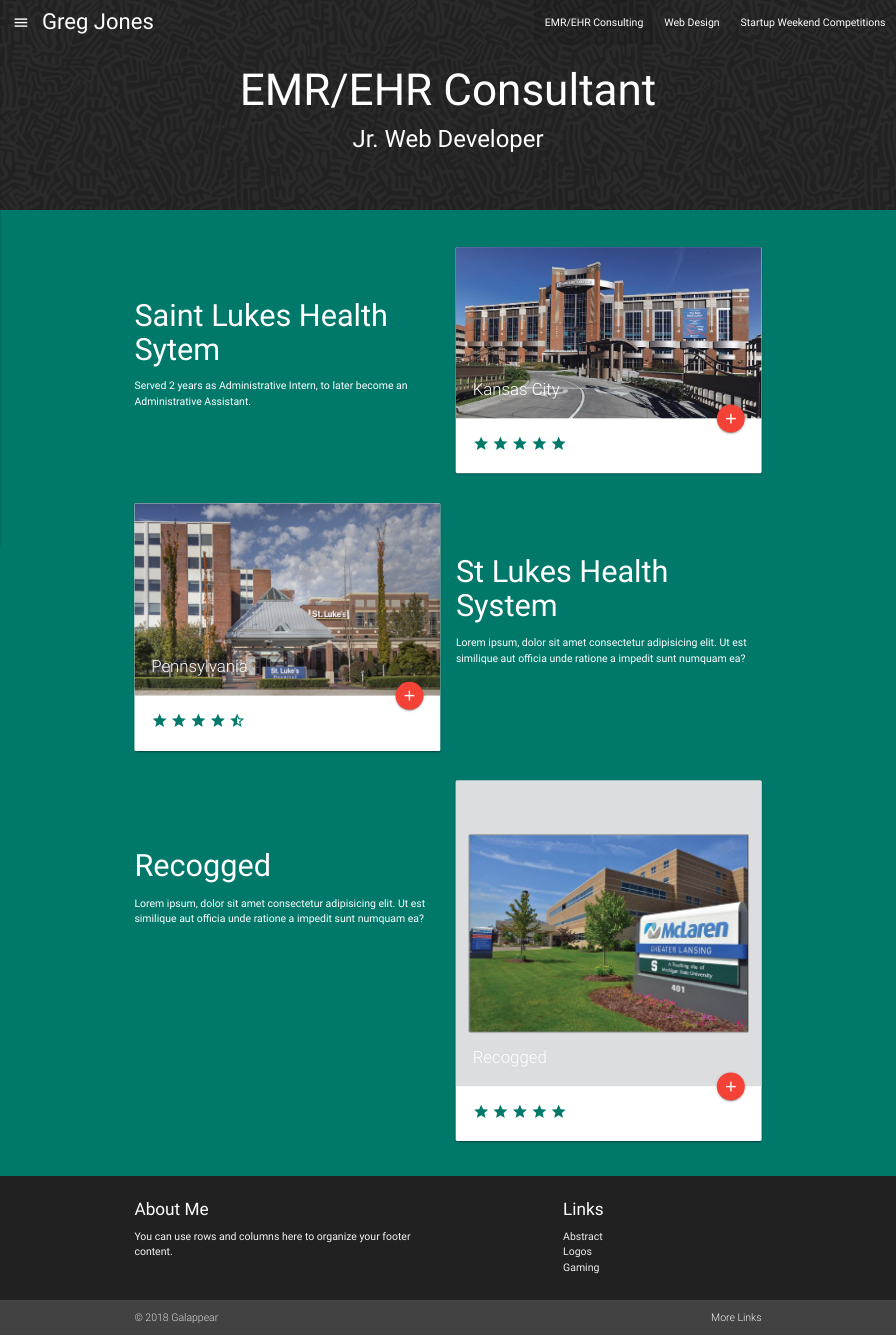
Repository: Greg919617/Existing-Portfolio
Page: index.html
These files come from the project's save history. The page is drawn as it stood at one moment and after the next save; the edit follows.
The browser window is 1280 px wide. The pictures show the whole page, at 70% of full size.
Some web libraries are served in a nearby version.

Above is the page before, as saved 2018-06-26 16:36:12.

After the next save:
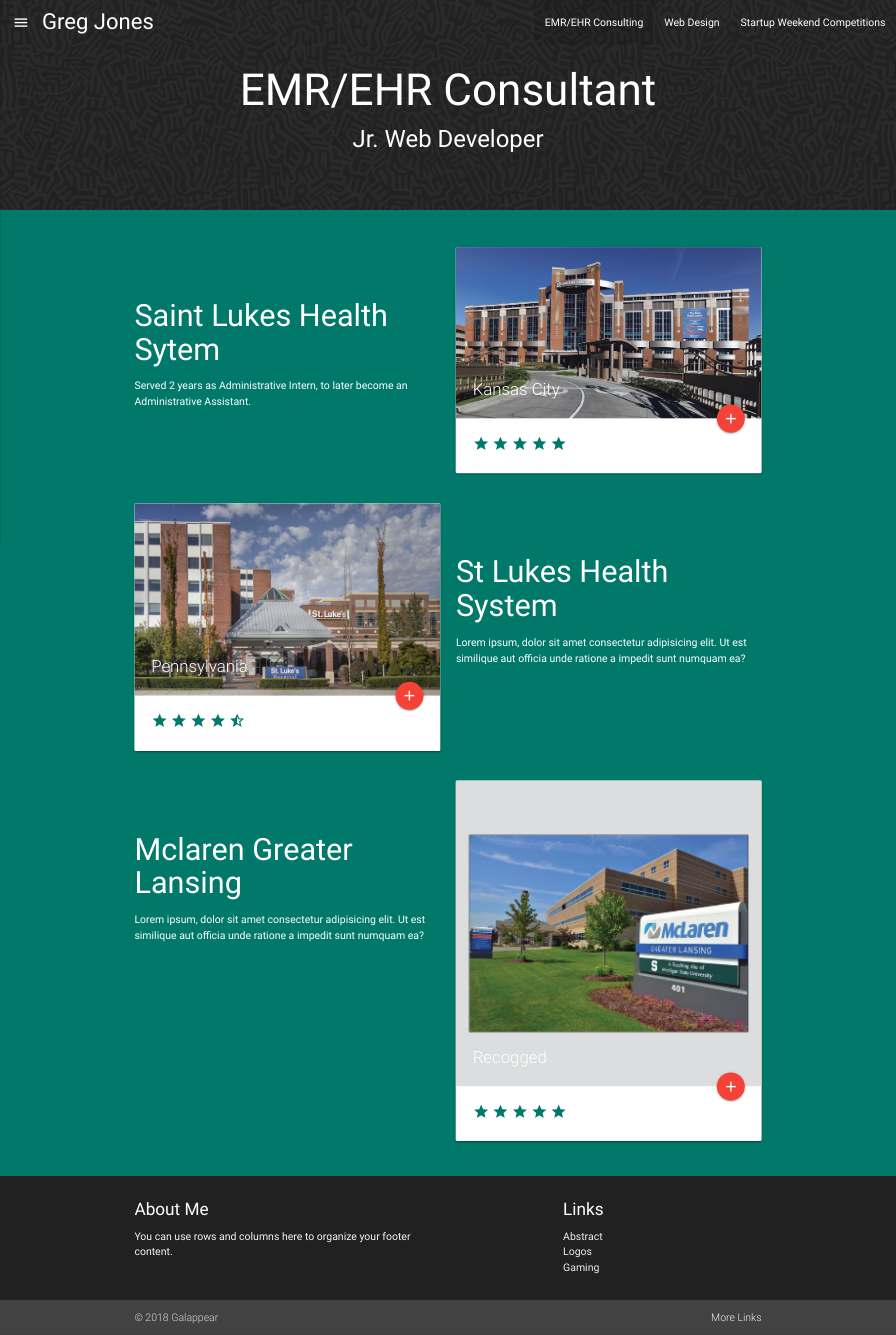
Saved 23 s later.
--- a/index.html
+++ b/index.html
@@ -118,7 +118,7 @@
       <div class="row row-3">
         <div class="col m6 hide-on-small-only">
           <div class="img-content">
-            <h3>Recogged</h3>
+            <h3>Mclaren Greater Lansing</h3>
             Lorem ipsum, dolor sit amet consectetur adipisicing elit. Ut est similique aut officia unde ratione a impedit sunt numquam
             ea?
           </div>
